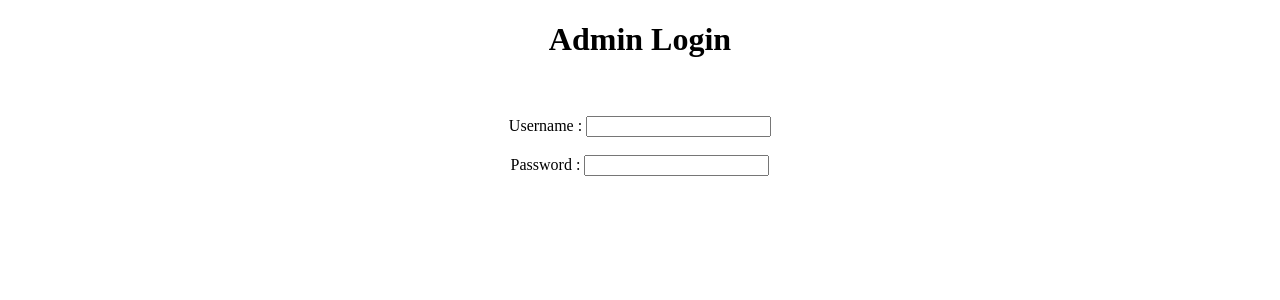
Repository: vaibhavahi017/Registration-Form-by-adv-java
Page: ECommerce/src/main/webapp/WEB-INF/AdminLogin.html
These files come from the project's save history. The page is drawn as it stood at one moment and after the next save; the edit follows.
The browser window is 1280 px wide. The pictures show the whole page.

Above is the page before, as saved 2026-10-26 09:41:52.

### ECommerce/src/main/webapp/WEB-INF/AdminLogin.html
<!DOCTYPE html>
<html>
<head>
<meta charset="UTF-8">
<title>Insert title here</title>
</head>
<body>
<center>
<h1>Admin Login</h1><br><br>

<form action="als" method="post">
Username : <input type="text " name="aname"><br><br>
Password : <input type="text" name="apwd"><br><br>

</form>
</center>
</body>
</html>

After the next save:
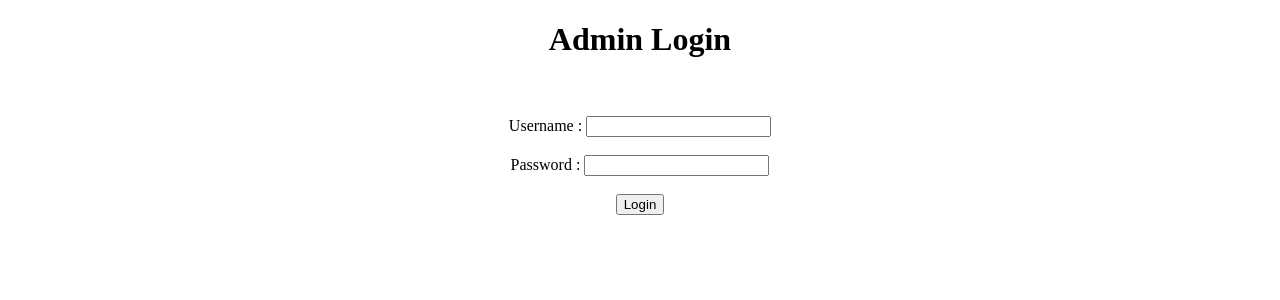
Saved 4 min 15 s later.
--- a/ECommerce/src/main/webapp/WEB-INF/AdminLogin.html
+++ b/ECommerce/src/main/webapp/WEB-INF/AdminLogin.html
@@ -12,6 +12,8 @@
 Username : <input type="text " name="aname"><br><br>
 Password : <input type="text" name="apwd"><br><br>
 
+<input type="submit" value="Login">
+
 </form>
 </center>
 </body>
